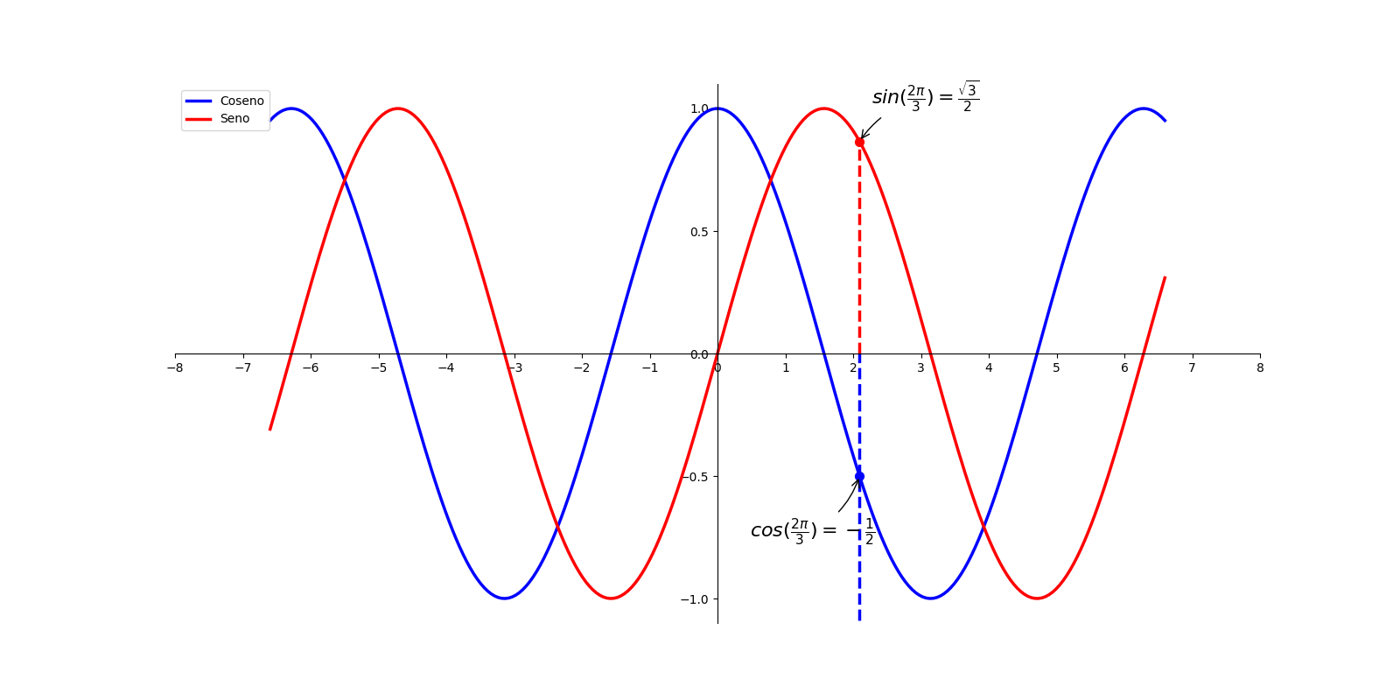
Repository: Jaamunozr/Archivos-python
Script's output: python Archivos Python/Graficas/ejecutable.py
An editor plug-in stored every save of this project. The script's output is shown before and after the next save, followed by the edit.
Figures wider than 1,400 px are first shrunk to that width. Animations are shown at an early frame. Random numbers start from a fixed seed.

Above is the script's output before, as saved 2020-02-16 22:10:21.

### Archivos Python/Graficas/ejecutable.py
import pylab as pl
import numpy as np

# Crear una figura de 8x6 puntos de tamaño, 80 puntos por pulgada (Se modifica a 16x8)
pl.figure(figsize=(16, 8), dpi=100)

# Crear una nueva subgráfica en una rejilla de 1x1 (se podrian crean una de dos graficas en una reijlla)
pl.subplot(1, 1, 1)
# Obtencion de datos para seno y coseno (Desde -2pi hasta 2pi)
X = np.linspace(-2.1*np.pi, 2.1*np.pi, 256, endpoint=True) #el numero 256 es la cantidad de datos en ese intervalo
C, S = np.cos(X), np.sin(X)

# Graficar la función coseno con una línea continua azul de 1 pixel de grosor
pl.plot(X, C, color="blue", linewidth=1.0, linestyle="-")

# Graficar la función seno con una línea continua verde de 1 pixel de grosor
pl.plot(X, S, color="green", linewidth=1.0, linestyle="-")

# Establecer límites del eje x (Divisiones en X)
pl.xlim(-8.0, 8.0)

# Ticks en x(Impresión de intervalos, cantidad de datos mostrados en el eje)
pl.xticks(np.linspace(-8, 8, 17, endpoint=True))

# Establecer límites del eje y (Divisiones en Y)
pl.ylim(-1.0, 1.0)

# Ticks en y (Impresión de intervalos, cantidad de datos mostrados en el eje)
pl.yticks(np.linspace(-1, 1, 5, endpoint=True))

'''Otra opcion de determinar los limites a imprimir
pl.xticks([-np.pi, -np.pi/2, 0, np.pi/2, np.pi])
pl.yticks([-1, 0, +1]) '''
#AGREGAR LINEAS DE EJES Y QUITAR EL RECUADRO:

ax = pl.gca()
ax.spines['right'].set_color('none')
ax.spines['top'].set_color('none')
ax.xaxis.set_ticks_position('bottom')
ax.spines['bottom'].set_position(('data',0))
ax.yaxis.set_ticks_position('left')
ax.spines['left'].set_position(('data',0))

# Guardar la figura usando 72 puntos por pulgada
# savefig("exercice_2.png", dpi=72)

#Indicamos los espacios entre los bordes de grafica y las graficas
#pl.xlim(X.min() * 1.1, X.max() * 1.1)
pl.ylim(C.min() * 1.1, C.max() * 1.1)

#AGREGRA UNA LEYENDA
pl.plot(X, C, color="blue", linewidth=2.5, linestyle="-", label="Coseno")
pl.plot(X, S, color="red",  linewidth=2.5, linestyle="-", label="Seno")
pl.legend(loc='upper left')

#AGREGRA UNA ANOTACION EN UN PUNTO CONOCIDO
t = 2 * np.pi / 3
#Para coseno------------------------------------------------------------------------------------
pl.plot([t, t], [-t, 0], color='blue', linewidth=2.5, linestyle="--")
#pl.plot([t, t], [0, np.cos(t)], color='blue', linewidth=2.5, linestyle="--")
pl.scatter([t, ], [np.cos(t), ], 50, color='blue') #DEFINE LAS CARACTERISTICAS DEN PUNTO (CIRCULO)
pl.annotate(r'$sin(\frac{2\pi}{3})=\frac{\sqrt{3}}{2}$',#DATOS A IMPRIMIR DEL TEXTO
            xy=(t, np.sin(t)), xycoords='data', #COORDENADAS DE REFERENCIA PARA LA FLECHA Y EL TEXTO
            xytext=(+10, +30), textcoords='offset points', fontsize=16,#INDICAN POSICION DEL TEXTO
            arrowprops=dict(arrowstyle="->", connectionstyle="arc3,rad=.2")) #DIRECCION DE LA FLECHA
#Para seno--------------------------------------------------------------------------------------
pl.plot([t, t],[0, np.sin(t)], color='red', linewidth=2.5, linestyle="--")
pl.scatter([t, ],[np.sin(t), ], 50, color='red')
pl.annotate(r'$cos(\frac{2\pi}{3})=-\frac{1}{2}$',
            xy=(t, np.cos(t)), xycoords='data',
            xytext=(-90, -50), textcoords='offset points', fontsize=16,
            arrowprops=dict(arrowstyle="->", connectionstyle="arc3,rad=.2"))#DIRECCION DE LA FLECHA




# Mostrar resultado en pantalla (Con 2 segundos de muestreo)
pl.pause(100)

After the next save:
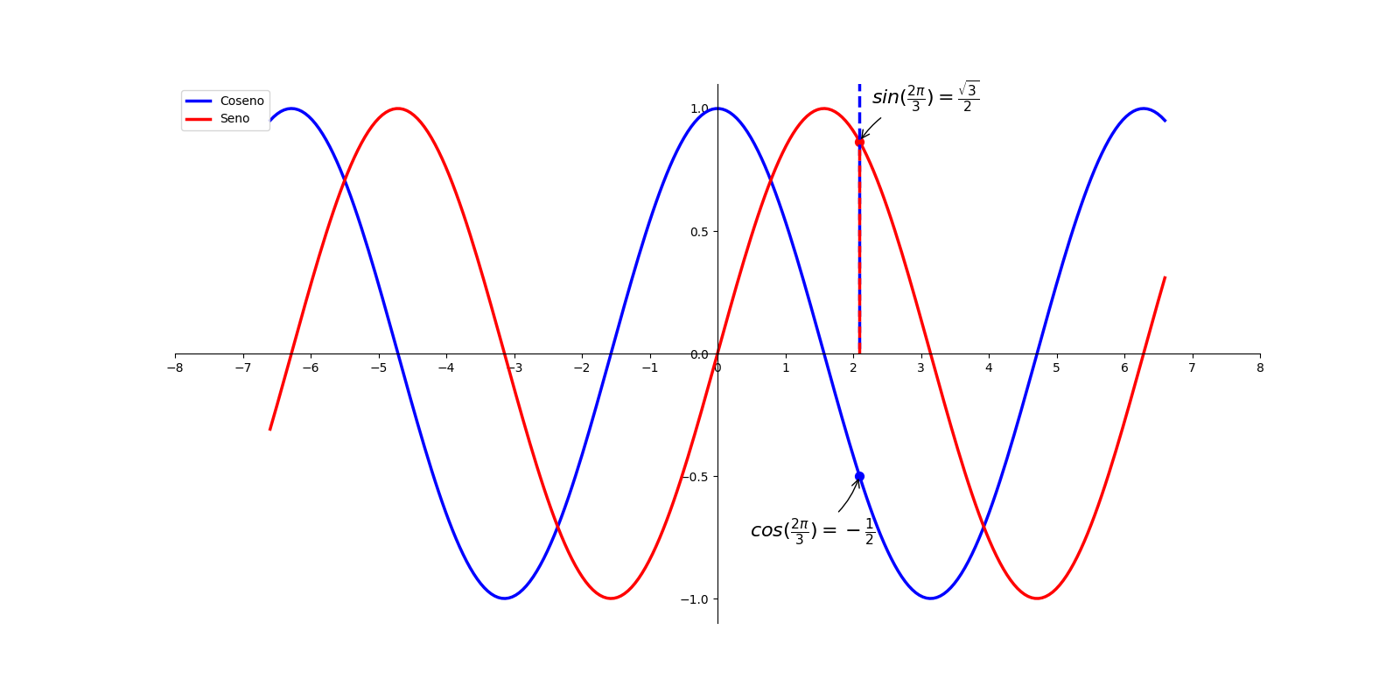
Saved 48 s later.
--- a/Archivos Python/Graficas/ejecutable.py
+++ b/Archivos Python/Graficas/ejecutable.py
@@ -56,7 +56,7 @@ pl.legend(loc='upper left')
 #AGREGRA UNA ANOTACION EN UN PUNTO CONOCIDO
 t = 2 * np.pi / 3
 #Para coseno------------------------------------------------------------------------------------
-pl.plot([t, t], [-t, 0], color='blue', linewidth=2.5, linestyle="--")
+pl.plot([t, t], [t, 0], color='blue', linewidth=2.5, linestyle="--")
 #pl.plot([t, t], [0, np.cos(t)], color='blue', linewidth=2.5, linestyle="--")
 pl.scatter([t, ], [np.cos(t), ], 50, color='blue') #DEFINE LAS CARACTERISTICAS DEN PUNTO (CIRCULO)
 pl.annotate(r'$sin(\frac{2\pi}{3})=\frac{\sqrt{3}}{2}$',#DATOS A IMPRIMIR DEL TEXTO
